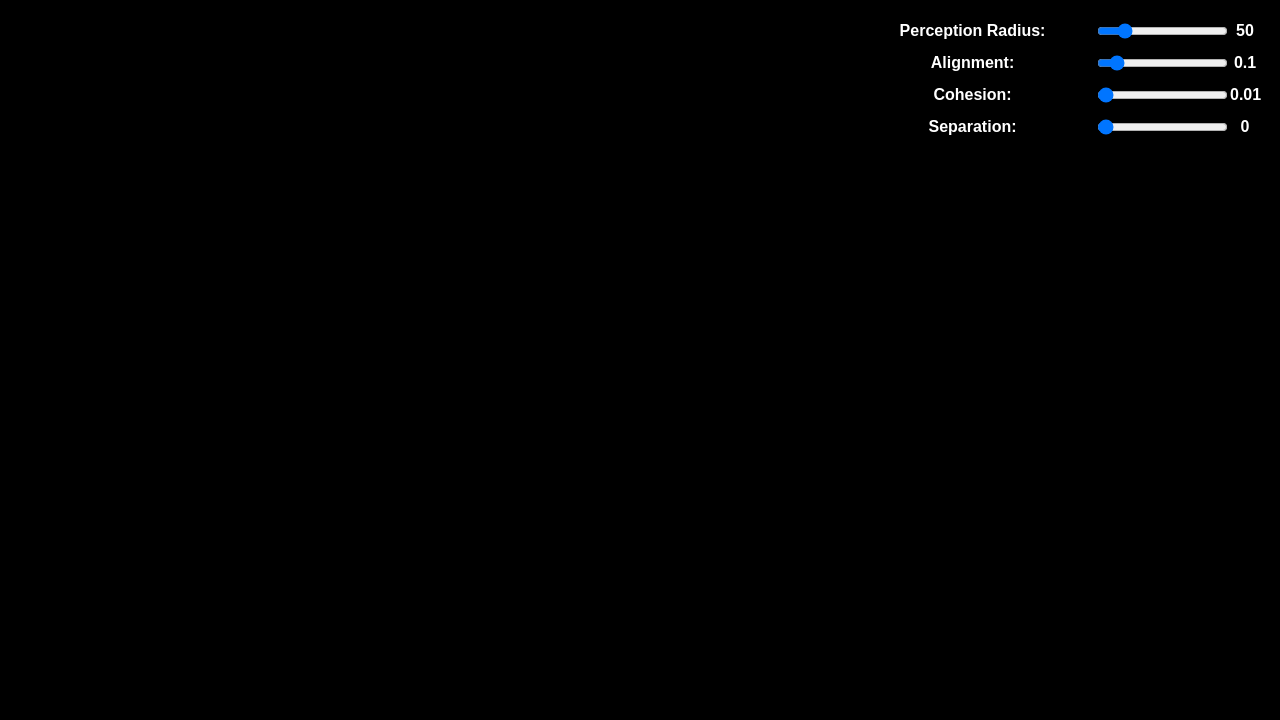
Repository: eltonsampaio12/boids
Page: index.html
An editor plug-in stored every save of this project. The page is shown before and after the next save, followed by the edit.
The browser window is 1280 px wide. The pictures show the whole page.

Above is the page before, as saved 2024-02-01 00:21:58.
Not found: main.ts

### index.html
<!DOCTYPE html>
<html lang="en">
  <head>
    <meta charset="utf-8" />
    <title>My first three.js app</title>
    <style>
      body {
        margin: 0;
        background-color: black;
        height: 100vh;
        color: white;
        font-family: "Arial", sans-serif;
      }

      .container {
        padding: 20px;
        border-radius: 8px;
        box-shadow: 0 4px 8px rgba(0, 0, 0, 0.1);
        text-align: center;
        display: flex;
        flex-direction: column;
        align-items: end;
      }

      .parameterParent {
        width: 400px;
        display: flex;
        align-items: center;
        margin-bottom: 10px;
      }

      label {
        margin-right: 10px;
        font-weight: bold;
        flex: 1;
      }

      input {
        border: 1px solid #ccc;
        border-radius: 4px;
        outline: none;
      }

      span {
        font-weight: bold;
        width: 30px;
      }
    </style>
  </head>
  <body>
    <script type="module" src="/main.ts"></script>

    <div class="container">
      <div class="parameterParent">
        <label for="perceptionRadiusSlider">Perception Radius:</label>
        <input
          type="range"
          id="perceptionRadiusSlider"
          min="0"
          max="300"
          value="50"
          step="1"
        />
        <span id="perceptionRadiusValue">50</span>
      </div>

      <div class="parameterParent">
        <label for="alignmentSlider">Alignment:</label>
        <input
          type="range"
          id="alignmentSlider"
          min="0"
          max="1"
          value="0.1"
          step="0.1"
        />
        <span id="alignmentValue">0.1</span>
      </div>

      <div class="parameterParent">
        <label for="cohesionSlider">Cohesion:</label>
        <input
          type="range"
          id="cohesionSlider"
          min="0"
          max="1"
          value="0.01"
          step="0.1"
        />
        <span id="cohesionValue">0.01</span>
      </div>

      <div class="parameterParent">
        <label for="separationSlider">Separation:</label>
        <input
          type="range"
          id="separationSlider"
          min="0"
          max="100"
          value="0"
          step="0.1"
        />
        <span id="separationValue">0</span>
      </div>
    </div>
  </body>
</html>

After the next save:
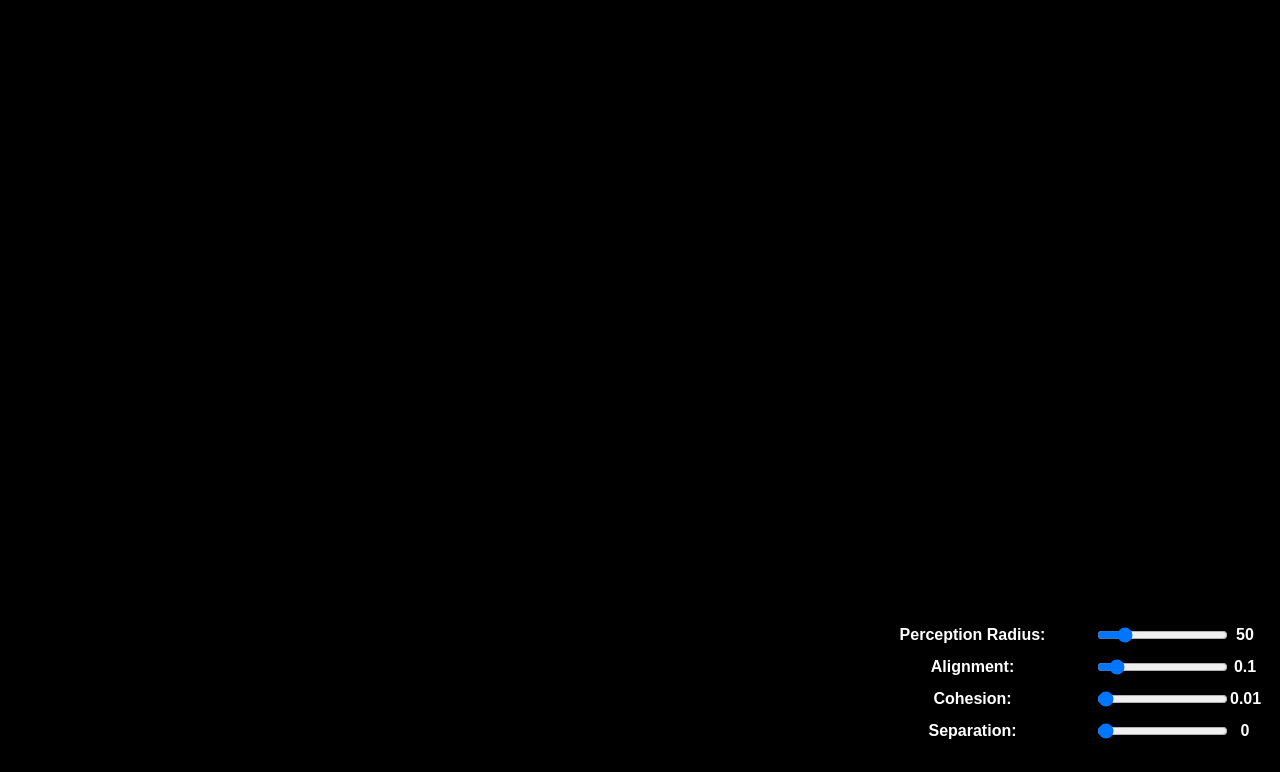
Saved 23 s later.
--- a/index.html
+++ b/index.html
@@ -49,6 +49,7 @@
   </head>
   <body>
     <script type="module" src="/main.ts"></script>
+    <canvas id="boidsCanvas" width="800" height="600"></canvas>
 
     <div class="container">
       <div class="parameterParent">
